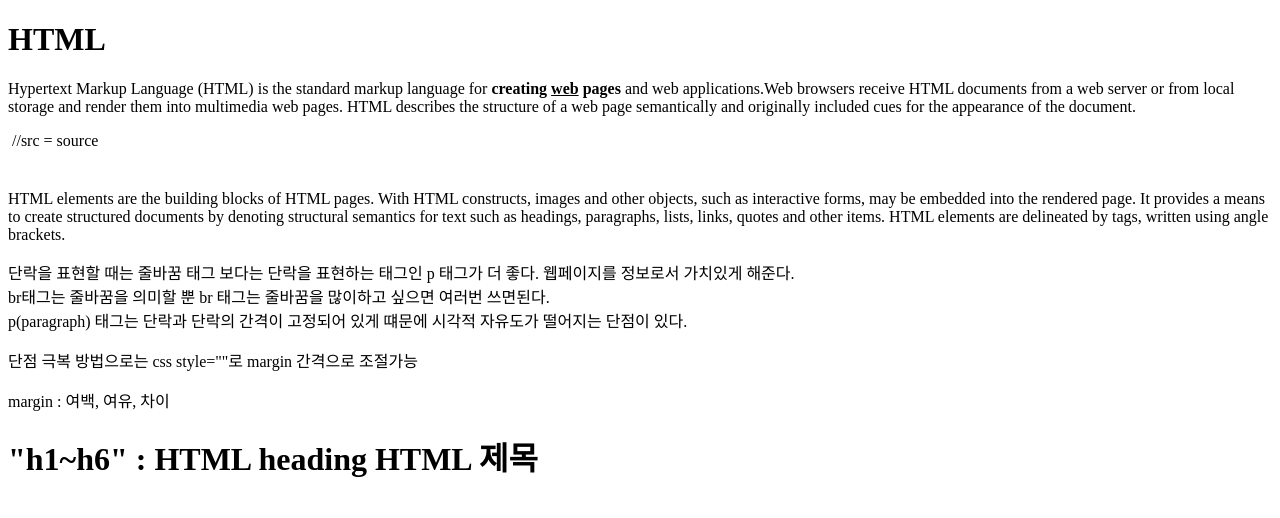
Repository: winterer4/Web-1
Page: HTML5/1.html
The author's editor kept a copy of each file at every save. The page is drawn from the files as they stood at one save, then again after the next save.
The browser window is 1280 px wide. The pictures show the whole page.

Above is the page before, as saved 2018-10-25 07:48:49.

After the next save:
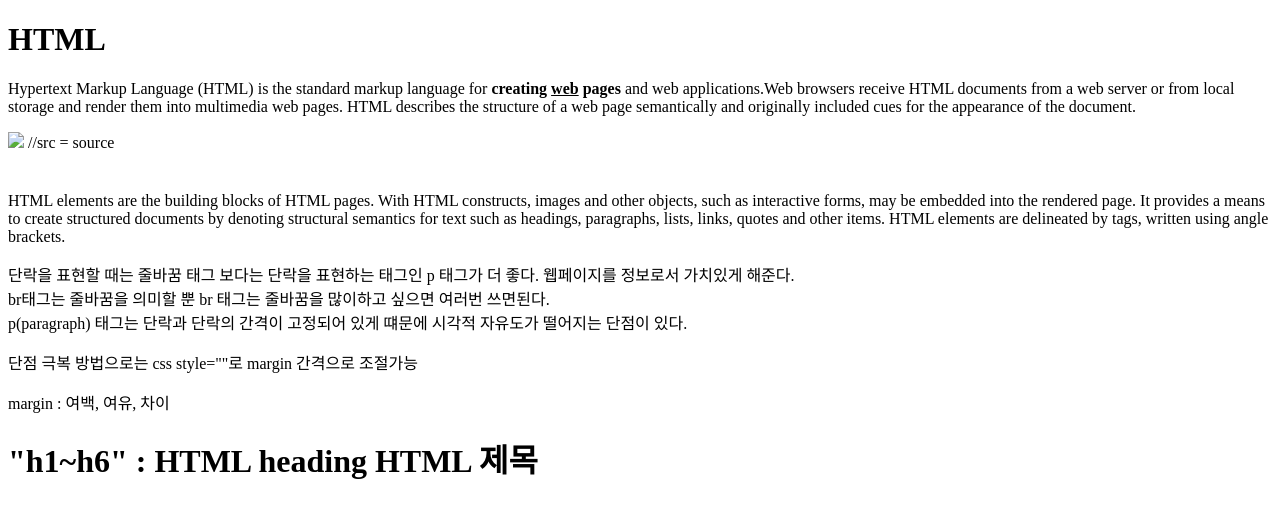
Not found: HTML5/web ong.jpg
Saved 9 min 25 s later.
--- a/HTML5/1.html
+++ b/HTML5/1.html
@@ -14,7 +14,7 @@
 		pages. HTML describes the structure of a web page semantically and
 		originally included cues for the appearance of the document.
 	</p>
-	<img src = "">
+	<img src = "web ong.jpg">
 	//src = source
 	<p style="margin-top: 40px;">HTML elements are the building blocks
 		of HTML pages. With HTML constructs, images and other objects, such as
